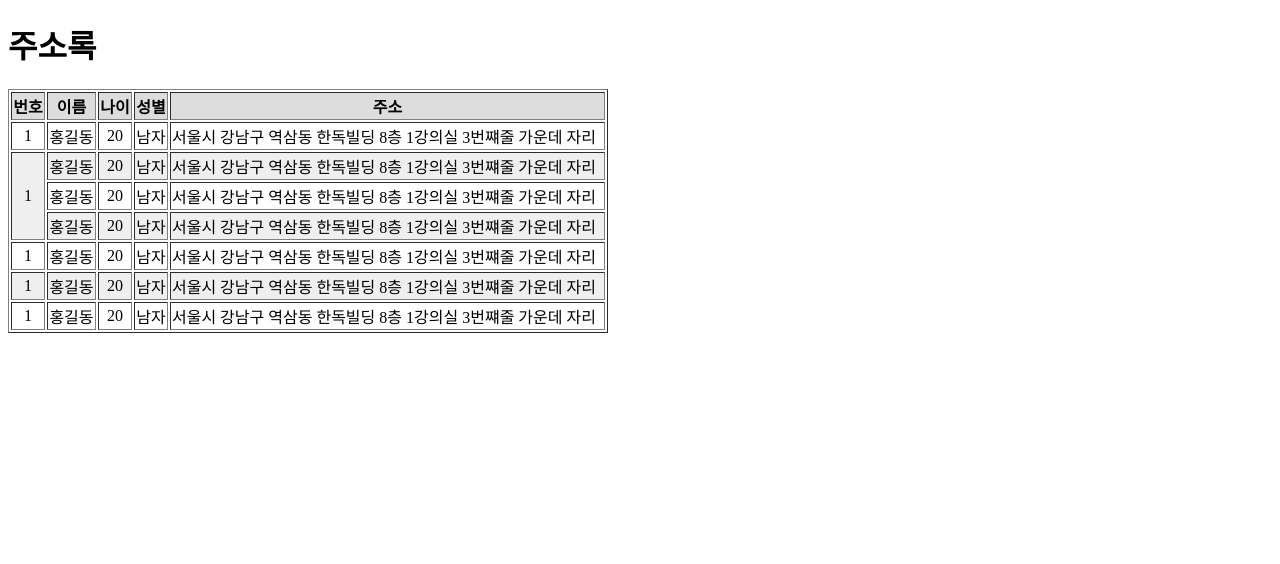
Repository: Hswwwww/WEB
Page: ClientTest/src/main/webapp/html/ex16_table.html
These files come from the project's save history. The page is drawn as it stood at one moment and after the next save; the edit follows.
The browser window is 1280 px wide. The pictures show the whole page.

Above is the page before, as saved 2024-03-13 07:17:38.

After the next save:
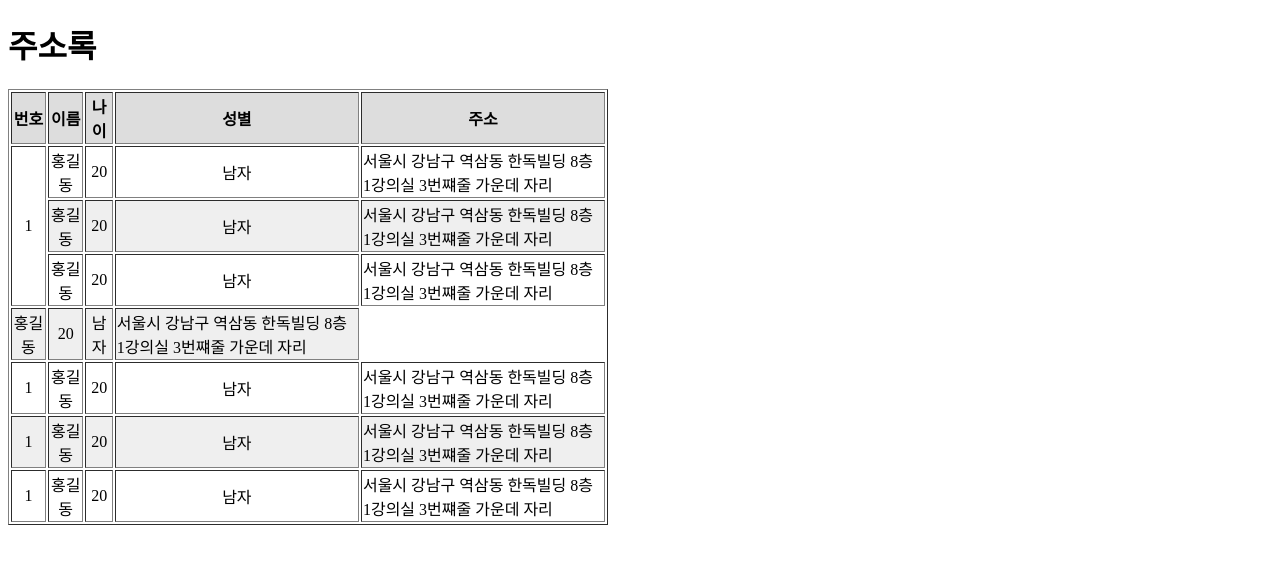
Saved 16 s later.
--- a/ClientTest/src/main/webapp/html/ex16_table.html
+++ b/ClientTest/src/main/webapp/html/ex16_table.html
@@ -30,14 +30,14 @@
 			<th>주소</th>
 		</tr>
 		<tr>
-			<td align = "center">1</td>
+			<td align = "center" rowspan = "3">1</td>
 			<td align = "center">홍길동</td>
 			<td align = "center">20</td>
 			<td align = "center">남자</td>
 			<td>서울시 강남구 역삼동 한독빌딩 8층 1강의실 3번쨰줄 가운데 자리</td>
 		</tr>
 		<tr bgcolor = "#EFEFEF">
-			<td align = "center" rowspan = "3">1</td>
+
 			<td align = "center">홍길동</td>
 			<td align = "center">20</td>
 			<td align = "center">남자</td>

After the save that followed:
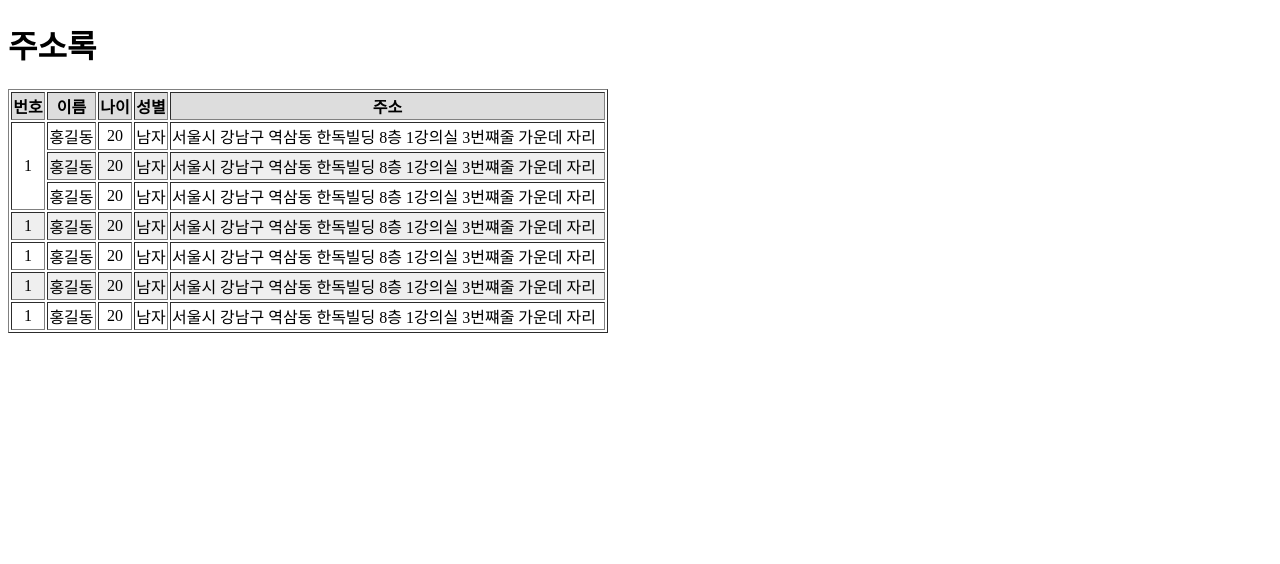
Saved 16 s later.
--- a/ClientTest/src/main/webapp/html/ex16_table.html
+++ b/ClientTest/src/main/webapp/html/ex16_table.html
@@ -51,7 +51,7 @@
 			<td>서울시 강남구 역삼동 한독빌딩 8층 1강의실 3번쨰줄 가운데 자리</td>
 		</tr>
 		<tr bgcolor = "#EFEFEF">
-
+			<td align = "center">1</td>
 			<td align = "center">홍길동</td>
 			<td align = "center">20</td>
 			<td align = "center">남자</td>
